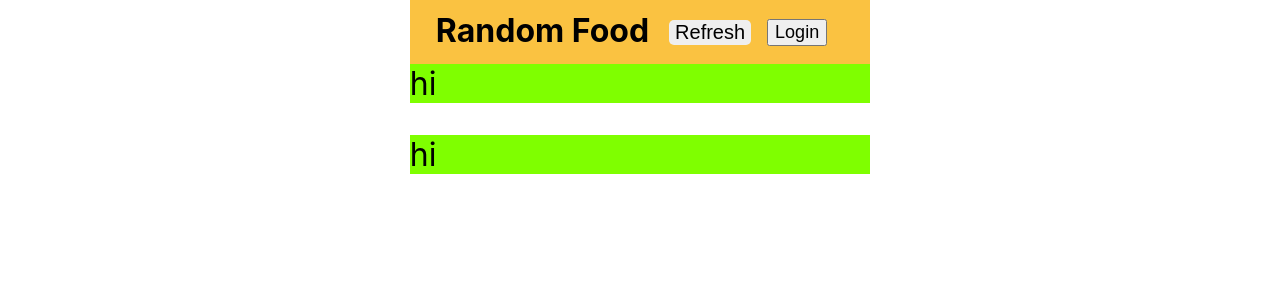
Repository: limjoohyun2030/random-food
Page: /random-food/home
An editor plug-in stored every save of this project. The page is shown before and after the next save, followed by the edit.
The browser window is 1280 px wide. The pictures show the whole page.
The page's requests for data from a server got no answer. The project was rebuilt for these pictures with package versions that can differ from the ones it lists, and the page was loaded fresh each time. A package was used in the major version that the imports need, not the one package.json lists. No one was signed in, and anything a server would have sent is missing. Also part of the build but not shown: src/components/food_detail/food_detail.module.css, src/components/food_detail/food_detail.jsx, src/components/food_item/food_item.module.css, src/components/food_item/food_item.jsx, src/components/login/login.module.css, src/components/login/login.jsx.

Above is the page before, as saved 2021-11-11 02:22:23.

### public/index.html
<!DOCTYPE html>
<html lang="en">
  <head>
    <meta charset="utf-8" />
    <link rel="icon" href="/images/foodIcon.ico" />
    <meta name="viewport" content="width=device-width, initial-scale=1" />
    <meta name="theme-color" content="#000000" />
    <meta
      name="description"
      content="Web site created using create-react-app"
    />

    <title>Random Food</title>
  </head>
  <body>
    <noscript>You need to enable JavaScript to run this app.</noscript>
    <div id="root"></div>
  </body>
</html>

### src/index.js
import React from "react";
import ReactDOM from "react-dom";
import "./index.css";
import App from "./app";
import AuthService from "./service/auth_service";

const authService = new AuthService();

ReactDOM.render(
  <React.StrictMode>
    <App authService={authService} />
  </React.StrictMode>,
  document.getElementById("root")
);

### src/index.css
body {
  margin: 0;
  padding: 0;
  font-family: -apple-system, BlinkMacSystemFont, "Segoe UI", "Roboto", "Oxygen",
    "Ubuntu", "Cantarell", "Fira Sans", "Droid Sans", "Helvetica Neue",
    sans-serif;
  -webkit-font-smoothing: antialiased;
  -moz-osx-font-smoothing: grayscale;
}

code {
  font-family: source-code-pro, Menlo, Monaco, Consolas, "Courier New",
    monospace;
}

* {
  box-sizing: border-box;
}

#root {
  display: flex;
  justify-content: center;
}

### src/app.jsx
import { useEffect, useState, useRef } from "react";
import { BrowserRouter, Route, Switch } from "react-router-dom";
import styles from "./app.module.css";
import FoodDetail from "./components/food_detail/food_detail";
import FoodList from "./components/food_list/food_list";
import Header from "./components/header/header";
import Login from "./components/login/login";


function App({ authService }) {
  const ref = useRef();
  const [foods, setFoods] = useState([]);
  const [isSelectedFood, setIsSelectedFood] = useState();
  const [isFoodOpen, setIsFoodOpen] = useState(false);
  const [isRefresh, setIsRefresh] = useState(false);

  const selectFood = (food) => {
    setIsSelectedFood(food);
  };

  const onRefreshClick = () => {
    setIsRefresh((oldstate) => !oldstate);
  };

  useEffect(() => {
    const myHeaders = new Headers();
    myHeaders.append("Content-Type", "application/json");

    const requestOptions = {
      method: "GET",
      headers: myHeaders,
      redirect: "follow",
    };

    fetch(
      "https://api.spoonacular.com/recipes/random?number=4&apiKey=92cedfb0b9e844679738e6c6c90cd453",
      requestOptions
    )
      .then((response) => response.json())
      .then((result) => setFoods(result.recipes))
      .catch((error) => console.log("error", error));
  }, [isRefresh]);

  useEffect(() => {
    const checkIfClickedOutside = (e) => {
      if (isFoodOpen && ref.current && !ref.current.contains(e.target)) {
        setIsFoodOpen(false);
      }
    };

    document.addEventListener("mousedown", checkIfClickedOutside);

    return () => {
      document.removeEventListener("mousedown", checkIfClickedOutside);
    };
  }, [isFoodOpen]);

  return (
    <div className={styles.app}>
      <BrowserRouter>
        <Switch>
          <Route
            exact
            path="/random-food/"
            render={() => <Login authService={authService} />}
          />

          <Route
            path="/random-food/home"
            render={() => (
              <div>
                <Header onRefreshClick={onRefreshClick} />
                <section>
                  <div className={styles.detail}>
                    {isFoodOpen && <FoodDetail food={isSelectedFood} />}
                  </div>

                  <div
                    className={styles.list}
                    onClick={() => setIsFoodOpen((oldstate) => !oldstate)}
                  >
                    <FoodList
                      foods={foods}
                      onFoodClick={selectFood}
                      ref={ref}
                    />
                  </div>
                </section>
              </div>
            )}
          />
          <Route path="*">
            <h2>Page Not Found</h2>
          </Route>
        </Switch>
      </BrowserRouter>
    </div>
  );
}

export default App;

### src/service/auth_service.js
import firebase from "firebase";
import firebaseApp from "./firebase";

class AuthService {
  login() {
    const authProvider = new firebase.auth.GoogleAuthProvider();
    return firebaseApp.auth().signInWithPopup(authProvider);
  }
}

export default AuthService;

### src/app.module.css
/* @value makerLightOrange from './common/colors.css'; */

.app {
  max-width: 100rem;
  /* background-image: url("https://image.freepik.com/free-photo/spaghetti-with-spicy-mixed-seafood-dark-background_1150-45297.jpg"); */
  background-repeat: no-repeat;
  background-size: 100vw 100vh;
}

.content {
  position: relative;
}

.detail {
  z-index: 2;
  /* margin: auto 0; */
  margin-top: 5px;
  height: 520px;
  width: auto;
  position: absolute;
  background-color: #dfe08e;
}

.list {
  /* visibility: hidden; */
  z-index: 1;
}

### src/components/food_list/food_list.jsx
import React from "react";
import FoodItem from "../food_item/food_item";
import styles from "./food_list.module.css";

const FoodList = React.forwardRef(({ foods, onFoodClick }, ref) => {
  return (
    <section className={styles.foodBox}>
      <div className={styles.sidebarLeft}>hi</div>
      <ul className={styles.foods}>
        {foods &&
          foods.map((food) => (
            <FoodItem
              key={food.id}
              food={food}
              onFoodClick={onFoodClick}
              ref={ref}
            />
          ))}
      </ul>
      <div className={styles.sidebarRight}>hi</div>
    </section>
  );
});

export default FoodList;

### src/components/header/header.jsx
import styles from "./header.module.css";
import React from "react";

const Header = ({ onRefreshClick }) => {
  return (
    <header className={styles.header}>
      <div className={styles.leftbox}>
        {/* <img
          className={styles.foodIcon}
          src="https://github.com/Sweetpotatopizza/random-food/blob/main/public/images/reloadIcon.png"
          alt="logo"
        /> */}
        <h1 className={styles.title}>Random Food</h1>
        <button className={styles.reloadBox} onClick={onRefreshClick}>
          Refresh
          {/* <img
            className={styles.reloadBtn}
            src="/images/reload.png"
            alt="reload"
          /> */}
        </button>
      </div>
      {/* fontawesome needed */}
      <div className={styles.rightbox}>
        {/* <button className={styles.like}>Like</button> */}
        <button className={styles.login}>Login</button>
      </div>
    </header>
  );
};

export default Header;

### src/service/firebase.js
// Import the functions you need from the SDKs you need
// import { initializeApp } from "firebase/app";
import firebase from "firebase";

// TODO: Add SDKs for Firebase products that you want to use
// https://firebase.google.com/docs/web/setup#available-libraries

// Your web app's Firebase configuration
// For Firebase JS SDK v7.20.0 and later, measurementId is optional
const firebaseConfig = {
  apiKey: process.env.REACT_APP_FIREBASE_API_KEY,
  authDomain: process.env.REACT_APP_FIREBASE_AUTH_DOMAIN,
  databaseURL: process.env.REACT_APP_FIREBASE_DB_URL,
  projectId: process.env.REACT_APP_FIREBASE_PROJECT_ID,
  appId: process.env.REACT_APP_FIREBASE_APP_ID,
};

// console.log(process.env.REACT_APP_FIREBASE_API_KEY);
// Initialize Firebase
const firebaseApp = firebase.initializeApp(firebaseConfig);
export default firebaseApp;

### src/components/food_list/food_list.module.css
.foodBox {
  flex-direction: column;
}

.foods {
  display: flex;
  flex-wrap: wrap;
  list-style: none;
  justify-content: center;
  align-items: center;
  width: 80%;
  margin: 1em auto;
  padding: 0;
}

.sidebarLeft {
  background-color: chartreuse;
  font-size: 2em;
}

.sidebarRight {
  background-color: chartreuse;
  font-size: 2em;
}

@media screen and (max-width: 769px) {
  .foods {
    flex-direction: column;
    flex-wrap: nowrap;
    width: 100%;
  }
}

### src/components/header/header.module.css
/* @value makerOrange from '../../common/colors.css'; */

.header {
  display: flex;
  height: 4rem;
  padding: 0.8em 1em;
  background-color: #fac241;
  align-items: center;
  justify-content: space-between;
}

.leftbox {
  display: flex;
  align-items: center;
  margin-right: 1em;
}

.title {
  margin-top: 19px;
  margin-left: 10px;
}

.foodIcon {
  width: 50px;
  height: 50px;
}

.reloadBox {
  font-size: 20px;
  border-radius: 5px;
  border: none;
  margin-left: 1em;
  transition: transform 200ms ease-in-out;
}

.reloadBox:hover {
  cursor: pointer;
  transform: scale(1.07);
}

.reloadBtn {
  width: 40px;
  height: 40px;
}

.reloadBtn:hover {
  cursor: pointer;
  animation-name: spin;
  animation-duration: 2000ms;
  animation-iteration-count: infinite;
  animation-timing-function: linear;
}

@keyframes spin {
  from {
    transform: rotate(0deg);
  }
  to {
    transform: rotate(360deg);
  }
}

.like {
  margin-right: 1.5em;
  font-size: large;
  cursor: pointer;
  transition: transform 200ms ease-in-out;
}

.like:hover {
  transform: scale(1.07);
}

.login {
  margin-right: 1.5em;
  font-size: large;
  cursor: pointer;
  transition: transform 200ms ease-in-out;
}

.login:hover {
  transform: scale(1.07);
}

After the next save:
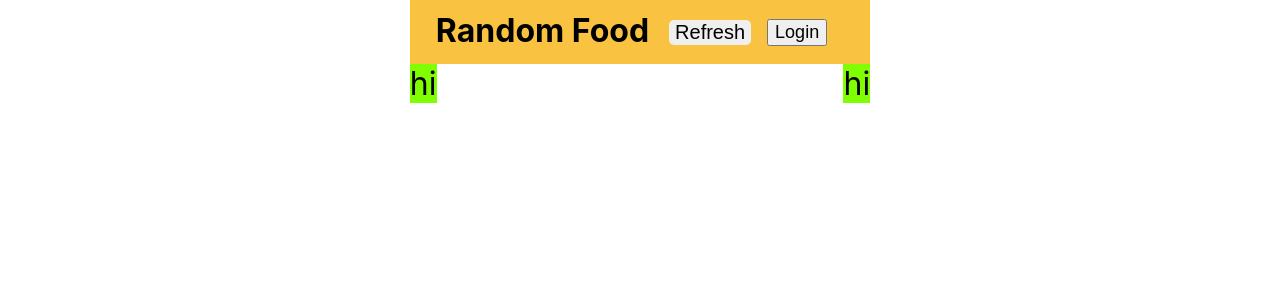
Saved 13 s later.
--- a/src/components/food_list/food_list.module.css
+++ b/src/components/food_list/food_list.module.css
@@ -1,5 +1,5 @@
 .foodBox {
-  flex-direction: column;
+  display: flex;
 }
 
 .foods {
